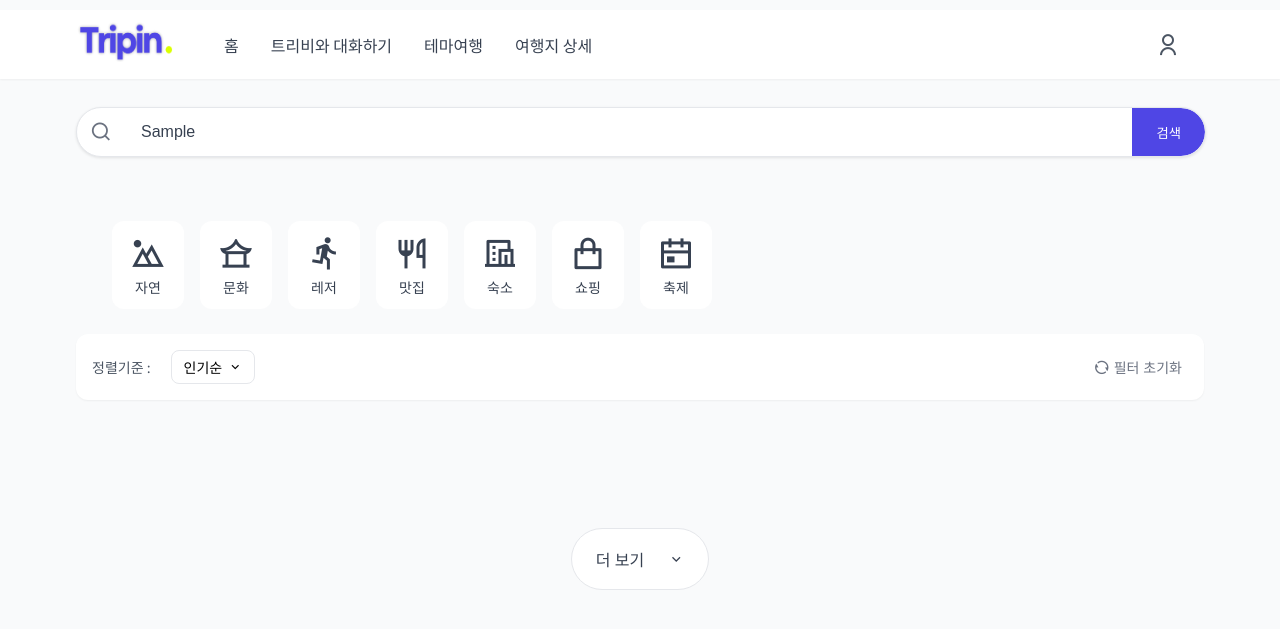
Repository: ict-mid-project/Place
Page: http://localhost/tripin/WEB-INF/views/place_list.jsp
An editor plug-in stored every save of this project. The page is shown before and after the next save, followed by the edit.
The browser window is 1280 px wide. The pictures show the whole page.
Empty fields were first filled with sample values (such as "Sample", 5 or name@example.com).
After loading, the first visible `i.ri-arrow-down-s-line` was clicked once.
Some web libraries are served in a nearby version. The page is served by Tomcat 9. Nobody is signed in. The template is opened directly, without the code that normally fills it, so the values that code supplies are empty.

Above is the page before, as saved 2025-05-14 08:25:02.

After the next save:
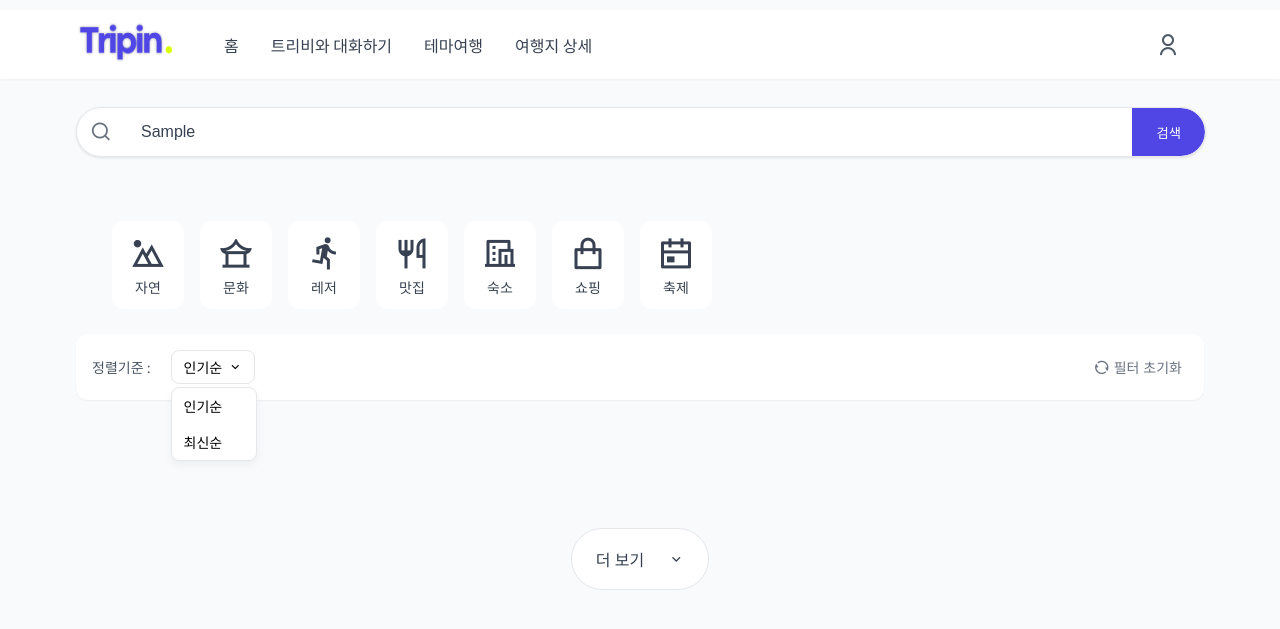
Saved 28 s later.
--- a/tripin/src/main/webapp/resources/js/place_list.js
+++ b/tripin/src/main/webapp/resources/js/place_list.js
@@ -20,7 +20,7 @@ $(function(){
 	$('.ri-arrow-down-s-line').on('click', function(e){
 		//alert("ok");
 		e.stopPropagation(); //내부클릭시 외부닫기 방지
-
+		$('#dropdown-menu').toggle();
 	})
 
 	//클로스 아이콘 누르면 해당 테마 삭제
